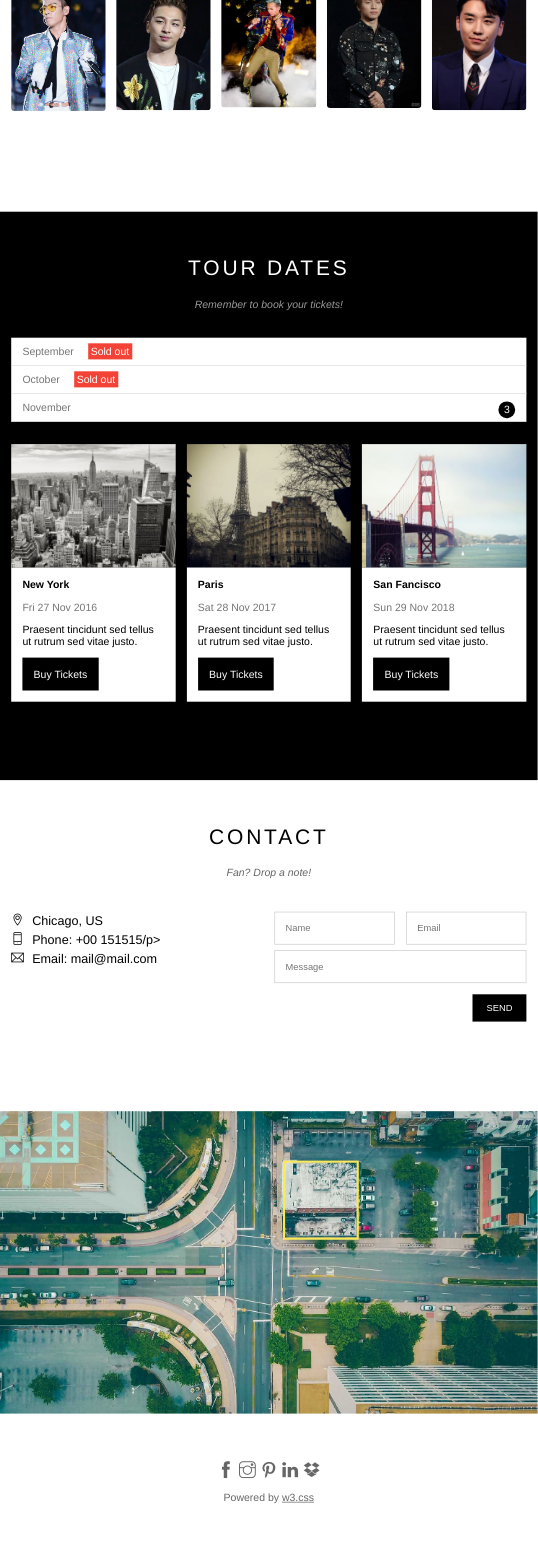
Repository: ThinhTran2k/BigBang-Band-Website
Page: index.html
An editor plug-in stored every save of this project. The page is shown before and after the next save, followed by the edit.
The browser window is 768 px wide. The pictures show the part of the page from y = 888 to 3128 px (the page is 3100 px tall before and 3128 px after), at 70% of full size.

Above is the page before, as saved 2021-03-16 19:19:09.
Console error: TypeError: Cannot set properties of undefined (setting 'onclick')

### index.html
<!DOCTYPE html>
<html lang="en">
<head>
    <meta charset="UTF-8">
    <meta http-equiv="X-UA-Compatible" content="IE=edge">
    <meta name="viewport" content="width=device-width, initial-scale=1.0">
    <title>Brand</title>
    <link rel="icon" href="asset/img/favicon.png" type="image/x-icon" />
    <link rel="stylesheet" href="./asset/css/style.css">
    <link rel="stylesheet" href="./asset/css/responsive.css">
    <link rel="stylesheet" href="./asset/font/themify-icons/themify-icons.css">
</head>
<body>
    <div class="wrapper">
        <div class="header">
            <!-- Navigation -->
            <ul class="nav row-block">
                <li><a href="#">Home</a></li>
                <li><a href="#band">Band</a></li>
                <li><a href="#tour">Tour</a></li>
                <li><a href="#contact">Contact</a></li>
                <li>
                    <a href="#">
                        More
                        <i class="nav-arrow-icon ti-angle-down"></i>
                    </a>
                    <ul class="subnav">
                        <li><a href="#">Merchandise</a></li>
                        <li><a href="#">Extras</a></li>
                        <li><a href="#">Media</a></li>
                    </ul>
                </li>
            </ul>

            <!-- Search -->
            <div class="header__search">
                <i class="header__search-icon ti-search"> </i>
            </div>

            <div class="mobi-menu-responsive">
                <i class="menu-icon ti-menu"></i>
            </div>
        </div>

        <div class="slider">
            <div class="text-content">
                <h2 class="text-heading">New York</h2>
                <div class="text-description">The atmosphere in New York is lorem ipsum.</div>
            </div>
        </div>

        <div class="content" >
            <div class="content-section" id="band">
                <h2 class="section-heading">THE BAND</h2>
                <p class="section-subheading">We love music</p>
                <p class="about">We have created a fictional band website. Lorem ipsum dolor sit amet, consectetur adipiscing elit, sed do eiusmod tempor
                incididunt ut labore et dolore magna aliqua. Ut enim ad minim veniam, quis nostrud exercitation ullamco laboris nisi ut
                aliquip ex ea commodo consequat. Duis aute irure dolor in reprehenderit in voluptate velit esse cillum dolore eu fugiat
                nulla pariatur. Excepteur sint occaecat cupidatat non proident, sunt in culpa qui officia deserunt mollit anim id est
                laborum consectetur adipiscing elit, sed do eiusmod tempor incididunt ut labore et dolore magna aliqua. Ut enim ad minim
                veniam, quis nostrud exercitation ullamco laboris nisi ut aliquip ex ea commodo consequat.
                </p>

                <div class="row member-list member-list-resp">
                    <div class="member-item member-item-resp">
                        <p class="member-name">T.O.P</p>
                        <img src="./asset/img/T.O.P.jpg" alt="name" class="member-img">
                    </div>
                    <div class="member-item member-item-resp">
                        <p class="member-name">Taeyong</p>
                        <img src="./asset/img/Taeyong.jpg" alt="name" class="member-img">
                    </div>
                    <div class="member-item member-item-resp">
                        <p class="member-name">G-Dragon</p>
                        <img src="./asset/img/G-dragon.jpg" alt="name" class="member-img">
                    </div>
                    <div class="member-item member-item-resp">
                        <p class="member-name">Deasung</p>
                        <img src="./asset/img/Deasung.jpg" alt="name" class="member-img">
                    </div>
                    <div class="member-item member-item-resp">
                        <p class="member-name">Seungri</p>
                        <img src="./asset/img/Seung-hyun.png" alt="name" class="member-img">
                    </div>
                </div>
            </div>
            <div class="content-section--black" id="tour">
                <div class="content-section">
                    <h2 class="section-heading text-white">TOUR DATES</h2>
                    <p class="section-subheading text-white">Remember to book your tickets!</p>
                    <!-- Tickets -->
                    <ul class="tickets-list">
                        <li>September <span class="sold-out">Sold out</span></li>
                        <li>October <span class="sold-out">Sold out</span></li>
                        <li>November <span class="quantity">3</span></li>
                    </ul>
                    <!-- Places -->
                    <div class="row place-list row-block">
                        <div class="col col-third s-col-full mt-16">
                            <img src="./asset/img/newyork.jpg" alt="place" class="place-img">
                            <div class="place-content">
                                <h3 class="place-heading">New York</h3>
                                <p class="place-time">Fri 27 Nov 2016</p>
                                <p class="place-desc">Praesent tincidunt sed tellus ut rutrum sed vitae justo.</p>
                                <a href="#" class="btn place-buy-btn">Buy Tickets</a>
                            </div>
                        </div>
                        <div class="col col-third s-col-full mt-16">
                            <img src="./asset/img/paris.jpg" alt="place" class="place-img">
                            <div class="place-content">
                                <h3 class="place-heading">Paris</h3>
                                <p class="place-time">Sat 28 Nov 2017</p>
                                <p class="place-desc">Praesent tincidunt sed tellus ut rutrum sed vitae justo.</p>
                                <a href="#" class="btn place-buy-btn">Buy Tickets</a>
                            </div>
                        </div>
                        <div class="col col-third s-col-full mt-16">
                            <img src="./asset/img/sanfran.jpg" alt="place" class="place-img">
                            <div class="place-content">
                                <h3 class="place-heading">San Fancisco</h3>
                                <p class="place-time">Sun 29 Nov 2018</p>
                                <p class="place-desc">Praesent tincidunt sed tellus ut rutrum sed vitae justo.</p>
                                <a href="#" class="btn place-buy-btn">Buy Tickets</a>
                            </div>
                        </div>
                    </div>
                </div>
            </div>
            <div class="content-section" id="contact">
                <h2 class="section-heading">CONTACT</h2>
                <p class="section-subheading">Fan? Drop a note!</p>

                <div class="row contact-content row-block">
                    <div class="col col-half s-col-full contact-infor">
                        <p><i class="ti-location-pin"></i>Chicago, US</p>
                        <p><i class="ti-mobile"></i>Phone: +00 151515/p>
                        <p><i class="ti-email"></i>Email: mail@mail.com</p>
                    </div>
                    <div class="col col-half s-col-full contact-form">
                        <form action="">
                            <div class="row row-block">
                                <div class="col col-half s-col-full">
                                    <input type="text" name="" id="" class="form-control" required placeholder="Name">
                                </div>
                                <div class="col col-half s-col-full">
                                    <input type="email" name="" id="" class="form-control" required placeholder="Email">
                                </div>
                            </div>
                            <div class="row mt-8">
                                <div class="col col-full">
                                    <input type="text" name="" id="" class="form-control" required placeholder="Message">
                                </div>
                            </div>
                            <input type="submit" value="SEND" class="form-btn s-full-width">
                        </form>
                    </div>
                </div>
            </div>

            <div class="map-section" >
                <img src="./asset/img/map.jpg" alt="map">
            </div>
        </div>

        <div class="footer">
            <div class="social-list">
                <a href=""><i class="ti-facebook"></i></a>
                <a href=""><i class="ti-instagram"></i></a>
                <a href=""><i class="ti-pinterest"></i></a>
                <a href=""><i class="ti-linkedin"></i></a>
                <a href=""><i class="ti-twitter-alter"></i></a>
                <a href=""><i class="ti-dropbox-alt"></i></a>
            </div>
            <p class="copyright">Powered by <a href="#">w3.css</a></p>
        </div>
    </div>

    <script>
        // Tự động thay đổi kích thước khi chọn btn menu
        var headerE = document.querySelector('.header');
        var headerHeight = headerE.clientHeight;
        var menuE = document.querySelector('.mobi-menu-responsive');
        menuE.onclick = function () {
            var status = headerE.clientHeight == headerHeight;
            if(status){
                headerE.style.height = 'auto'
            }else{
                headerE.style.height = null;
            }
        }
        // Tự động đóng khi chọn menu
        var menuItems = document.querySelectorAll('ul li a[href*="#"]');
        for(var i = 0; i<= menuItems.length; i++){
            var menuItem = menuItems[i];

            menuItem.onclick = function (e) {
                var isParentMenu = this.nextElementSibling && this.nextElementSibling.classList.contains('subnav');
                if(isParentMenu){
                    e.preventDefault();
                }else{
                    headerE.style.height = null;
                }
            }
        }


    </script>
</body>
</html>

### asset/css/style.css
/* Reset CSS */
*{
    padding: 0;
    margin: 0;
    box-sizing: border-box;
}

html {
    scroll-behavior: smooth;
    font-family: Helvetica, Arial , sans-serif;
}

/* Common css */
.text-white {
    color: #fff !important;
}
.row {
    display: flex;
    justify-content: space-between;
    margin-left: -8px;
    margin-right: -8px;
}
.col {
    padding: 0 8px;
}
.col-third {
    width: 33.33%;
}
.col-half {
    width: 50%;
}
.col-full {
    width: 100%;
}
.mt-8 {
    margin-top: 8px;
}
.mt-16 {
    margin-top: 16px;
}
/* end */

/* Main */
.wrapper {

}

.header {
    position: fixed;
    top: 0;
    left: 0;
    right: 0;
    z-index: 1;
    height: 46px;
    background-color: #000;
}

.nav {
    display: inline-block;
}
.nav .subnav {
    display: none;
    position: absolute;
    top: 100%;
    left: 0;
    min-width: 160px;
    background-color: #fff;
    box-shadow: 0 0 10px rgba(0, 0, 0, 0.3);
}
.nav, .subnav {
    list-style: none;
}
.nav .subnav li:hover, .nav > li:hover > a {
    color: #000;
    background-color: #ccc;
}
.nav .subnav a {
    line-height: 38px;
    padding: 0 16px;
    color: #000;
}

.nav li:hover .subnav {
    display: block;
}
.nav > li {
    display: inline-block;
}
.nav > li > a {
    text-transform: uppercase;
    color: #fff;
}
.nav li{
    position: relative;
}
.nav li a {
    display: block;
    cursor: pointer;
    padding: 0 24px;
    line-height: 46px;
    text-decoration: none;
}
.nav-arrow-icon {
    font-size: 14px;
}

.mobi-menu-responsive {
    position: absolute;
    top: 0;
    right: 0;
}
.header .header__search {
    display: block;
    float: right;
    padding: 0 21px;
    line-height: 46px;
}
.header .mobi-menu-responsive {
    display: none;
    float: right;
    padding: 0 21px;
    line-height: 46px;
}
.header .header__search:hover {
    cursor: pointer;
    background-color: #f44336;
}
.header .mobi-menu-responsive:hover {
    background-color: #ccc;
}
.header .menu-icon:hover {
    color: #000;
}
.header .menu-icon,
.header__search-icon {
    color: #fff;
    font-size: 20px;
}

.slider {
    position: relative;
    margin-top: 46px;
    padding-top: 50%;
    background-image: url('/asset/img/slider2.jpg');
    background-size: cover;
    background-repeat: no-repeat;
    background-position: top center;
}
.text-content {
    position: absolute;
    color: #fff;
    bottom: 48px;
    left: 50%;
    transform: translateX(-50%);
    text-align: center;
}
.text-heading {
    font-weight: 500;
}
.text-description {
    padding-top: 15px;
}


.content {

}
.content-section {
    width: 800px;
    max-width: 100%;
    margin: 0 auto;
    padding: 64px 16px 112px;
}
.section-heading {
    font-weight: 500;
    font-size: 30px;
    text-align: center;
    letter-spacing: 4px;
}
.section-subheading {
    font-size: 15px;
    text-align: center;
    margin-top: 25px;
    font-style: italic;
    opacity: 0.6;
}
.about {
    margin-top: 25px;
    font-size: 15px;
    text-align: justify;
    line-height: 1.5;
}
.member-list {
    margin-top: 38px;
    padding: 32px 0;
}
.member-item {
    display: flex;
    flex-direction: column;
    align-items: center;
    justify-content: center;
    width: 20%;
    /* padding: 0 8px; */
}
.member-item .member-name {
    margin-bottom: 15px;
}
.member-item .member-img {
    border-radius: 5px;
    width: 90%;
    object-fit: contain;
}
.content-section--black {
    background-color: #000;
}
.tickets-list {
    list-style: none;
    margin-top: 40px;
    background-color: #fff;
}
.tickets-list li {
    color: #757575;
    font-size: 15px;
    padding: 11px 16px;
    border-bottom: 1px solid #ddd;
}
.sold-out {
    background-color: #f44336;
    padding: 3px 4px;
    color: #fff;
    margin-left: 16px;
}
.quantity {
    float: right;
    width: 24px;
    height: 24px;
    line-height: 24px;
    text-align: center;
    border-radius: 50%;
    background-color: #000;
    color: #fff;
}
.place-list {
    margin-top: 16px;
}
.place-img {
    display: block;
    width: 100%;
}
.place-img:hover { opacity: 0.6;}
.place-content {
    font-size: 15px;
    padding: 16px;
    background-color: #fff;
}
.place-heading {
    font-size: 15px;
    font-weight: 600;
}
.place-time {
    color: #757575;
    margin-top: 15px;
}
.place-desc {
    margin-top: 15px;
}
.place-buy-btn {
    display: inline-block;
    color: #fff;
    background-color: #000;
    padding: 11px 16px;
    margin-top: 15px;
    text-decoration: none;
}
.place-buy-btn:hover {color: #000; background-color: #ccc;}
/* Contact Form */
.contact-content {
    margin-top: 48px;
}
.contact-infor {
    font-size: 18px;
    line-height: 1.5;
}
.contact-infor i[class*="ti-"] { width: 30px; display: inline-block;}
.contact-form {
    font-size: 15px;
}
.form-control {
    padding: 10px;
    border: 1px solid #ccc;
    width: 100%;
}

.form-btn {
    display: block;
    padding: 12px 20px;
    margin-left: auto;
    margin-top: 16px;
    margin-bottom: 16px;
    border:none;
    color: #fff;
    background-color: #000;
}
.form-btn:hover { background-color: #ccc; cursor: pointer;color: #000;}

/* Map */
.map-section img {
    width: 100%;
}

.footer {
    padding: 64px 16px;
    text-align: center;
}
.footer .social-list {
    font-size: 24px;
}
.footer .social-list a {text-decoration: none; color: rgba(0, 0, 0, 0.6);}
.footer .social-list a:hover ,.footer .copyright a:hover { color: rgba(0, 0, 0, 0.4);}
.footer .copyright {
    margin-top: 15px;
    font-size: 15px;
    color: rgba(0, 0, 0, 0.6);
}
.footer .copyright a {
    color: rgba(0, 0, 0, 0.6);
}

### asset/css/responsive.css
/* Mobile */
@media (max-width: 739px) {
    .header .header__search {
        display: none;
    }
    .header .mobi-menu-responsive {
        display: block;
    }
    .header {
        overflow: hidden;
    }
    .nav > li {
        display: block;
    }
    .nav .subnav {
        position: initial;
        background-color: #333;
    }
    .nav .subnav a {
        color: #fff;
        padding: 5px 40px;
    }
    .nav > li:first-child {
        display: inline-block;
    }
    .member-list-resp {
        display: block;
        margin-top: 0;
    }
    .member-item-resp {
        padding-top: 35px;
        width: 100%;
    }
    .member-item .member-img {
        width: 60%;
    }
    .s-full-width,
    .s-col-full {
        width: 100%;
    }
    .place-img {
        height: 60%;
    }
    .row-block {
        display: block;
    }
    .contact-form {
        margin-top: 16px;
    }
}

/* Table */
@media (max-width: 1023px) {
    .btn {
        padding: 15px 16px;
    }
    .contact-form .form-control {
        padding: 15px;
    }
    .social-list {
        font-size: 48px;
    }
}

Loaded but not shown: asset/font/themify-icons/themify-icons.css (common file)

After the next save:
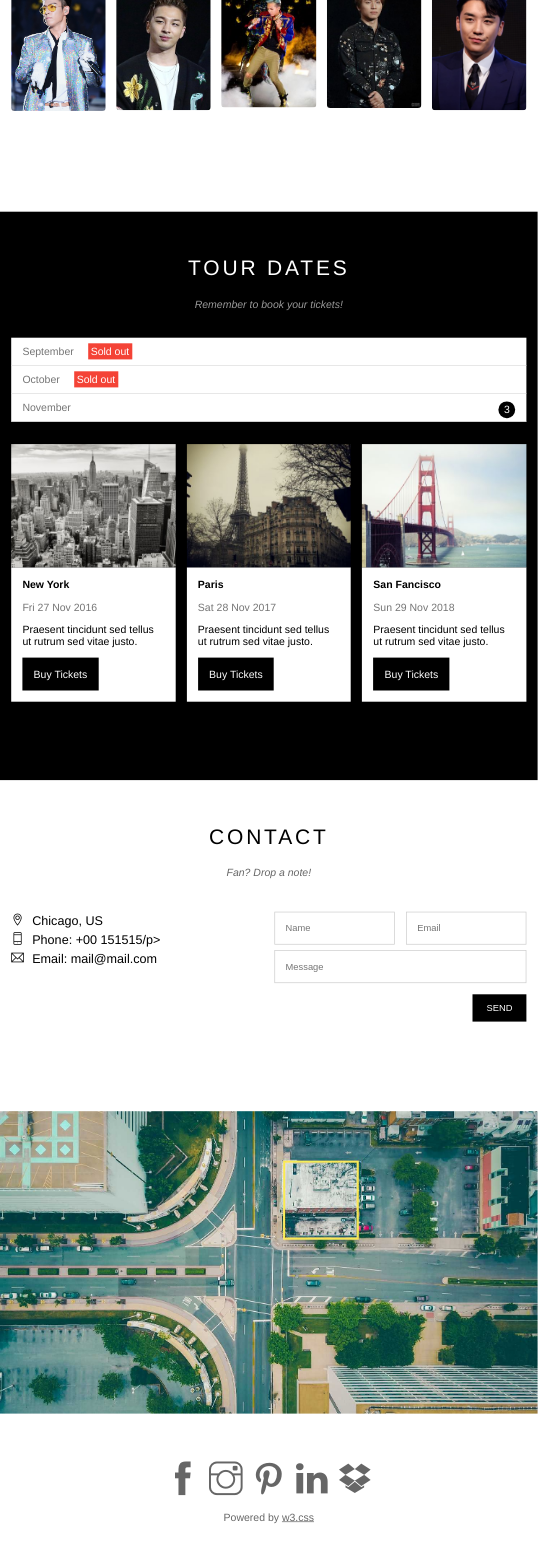
Saved 94 s later.
--- a/asset/css/responsive.css
+++ b/asset/css/responsive.css
@@ -57,7 +57,7 @@
     .contact-form .form-control {
         padding: 15px;
     }
-    .social-list {
+    .footer .social-list {
         font-size: 48px;
     }
 }
